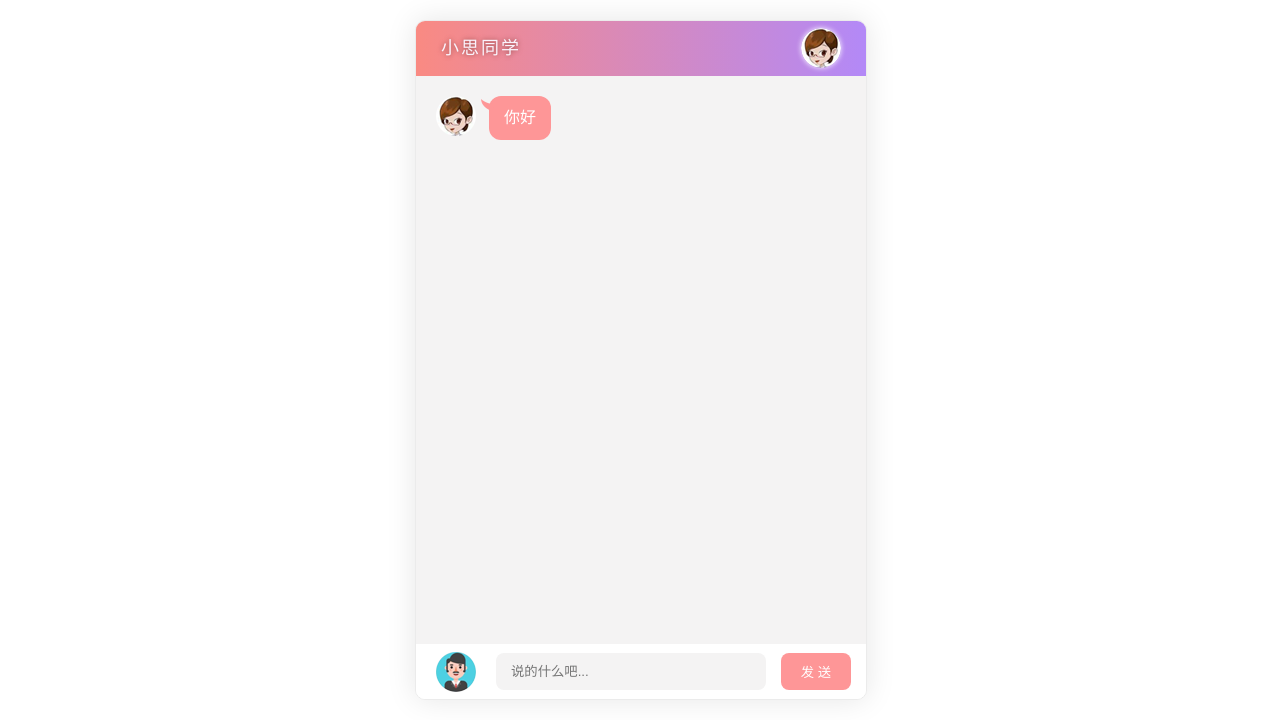
Repository: Bluesouls/eliauk.github.io
Page: Ajax学习笔记/day01/code/聊天机器人/聊天机器人.html
An editor plug-in stored every save of this project. The page is shown before and after the next save, followed by the edit.
The browser window is 1280 px wide. The pictures show the whole page.

Above is the page before, as saved 2022-04-29 16:54:55.

After the next save:
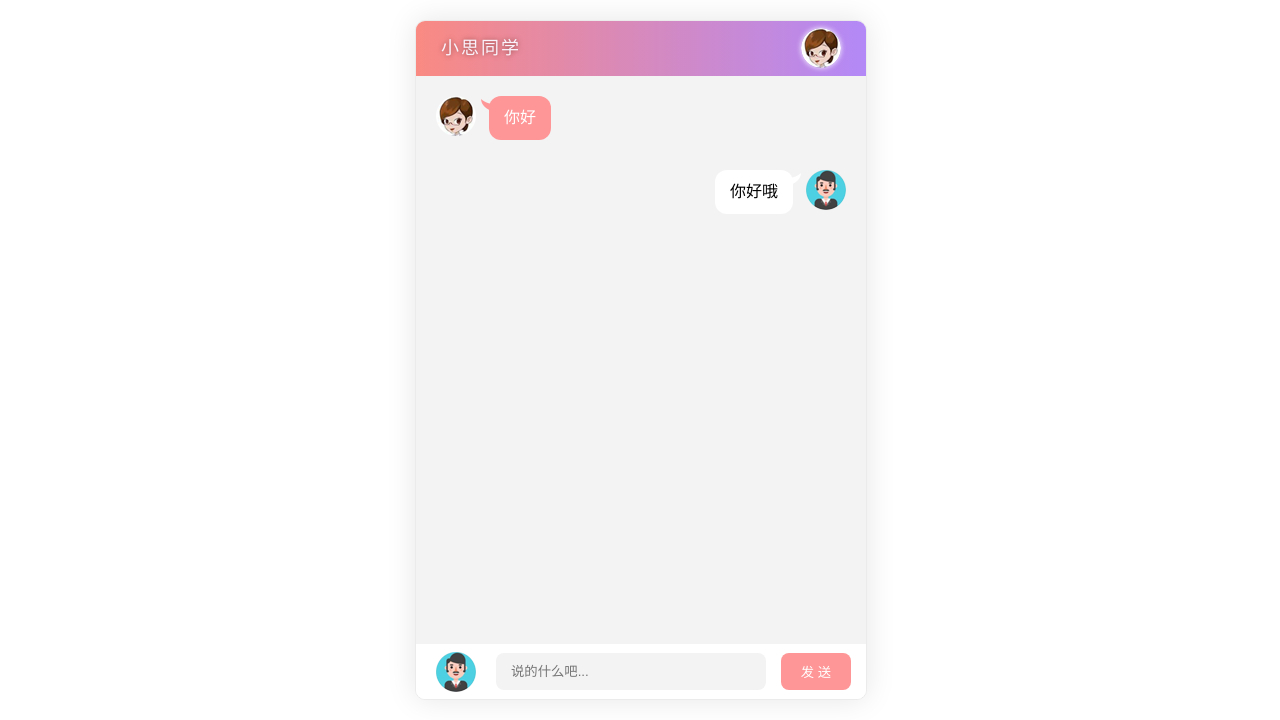
Saved 85 s later.
--- a/Ajax学习笔记/day01/code/聊天机器人/聊天机器人.html
+++ b/Ajax学习笔记/day01/code/聊天机器人/聊天机器人.html
@@ -26,16 +26,19 @@
          <li class="left_word">
            <img src="img/person01.png" /> <span>你好</span>
          </li>
-
-         <div class="drag_bar" style="display: none;">
-           <div class="drager ui-draggable ui-draggable-handle" style="display: none; height: 412.628px;"></div>
-         </div>
+         <li class="right_word">
+           <img src="img/person02.png" /> <span>你好哦</span>
+         </li>
+       </ul>
+       <div class="drag_bar" style="display: none;">
+         <div class="drager ui-draggable ui-draggable-handle" style="display: none; height: 412.628px;"></div>
+       </div>
      </div>
      <!-- 底部 消息编辑区域 -->
      <div class="footer">
        <img src="img/person02.png" alt="icon" />
-       <input type="text" placeholder="说的什么吧..." class="input_txt" id="content" />
-       <input type="button" value="发 送" class="input_sub" id="btnsend" />
+       <input type="text" placeholder="说的什么吧..." class="input_txt" />
+       <input type="button" value="发 送" class="input_sub" />
      </div>
    </div>
    <script type="text/javascript" src="js/scroll.js"></script>
